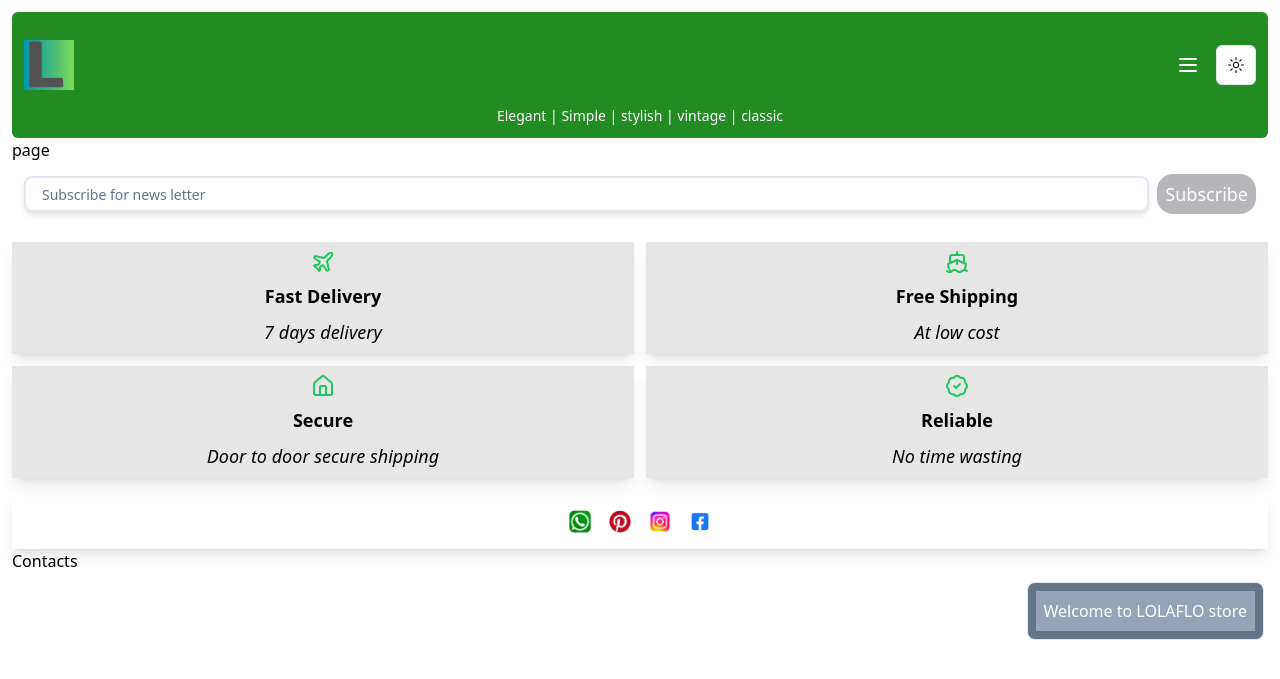
Repository: Semanmernstack/bisi-abejide
Page: /bb
These files come from the project's save history. The page is drawn as it stood at one moment and after the next save; the edit follows.
The browser window is 1280 px wide. The pictures show the whole page.
The project was rebuilt for these pictures with package versions that can differ from the ones it lists, and the page was loaded fresh each time. The framework's server and built-in components were replaced by stand-ins that run in the browser. Also part of the build but not shown: next.config.mjs.

Above is the page before, as saved 2024-04-19 00:39:54.

After the next save:
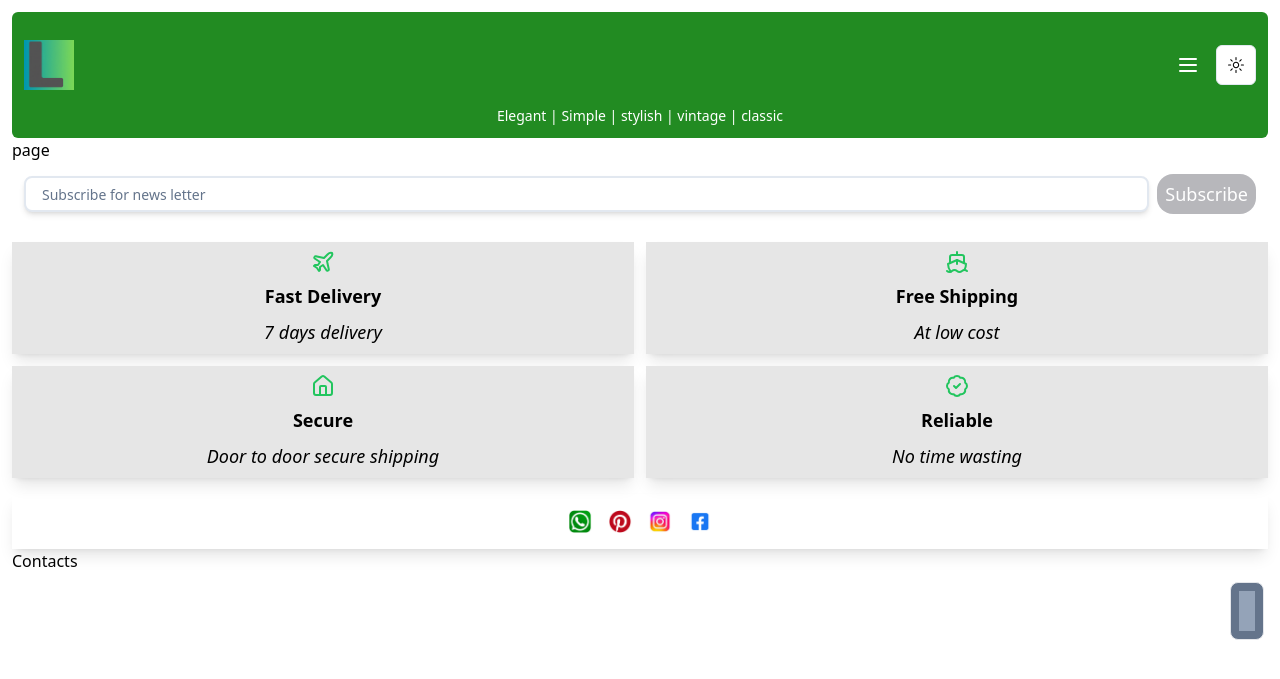
Saved 33 s later.
--- a/components/Ai.tsx
+++ b/components/Ai.tsx
@@ -26,7 +26,7 @@ function Ai() {
 
     <div className='p-2 max-w-2xl bg-slate-400 mx-auto h-full'>
       <Popover  >
-      <PopoverTrigger>Welcome to LOLAFLO store</PopoverTrigger>
+      <PopoverTrigger></PopoverTrigger>
 
         <PopoverContent className=' text-green-600 mx-auto h-full bg-slate-200 max-w-2xl'> Welcome to LOLAFLO store</PopoverContent>
 
